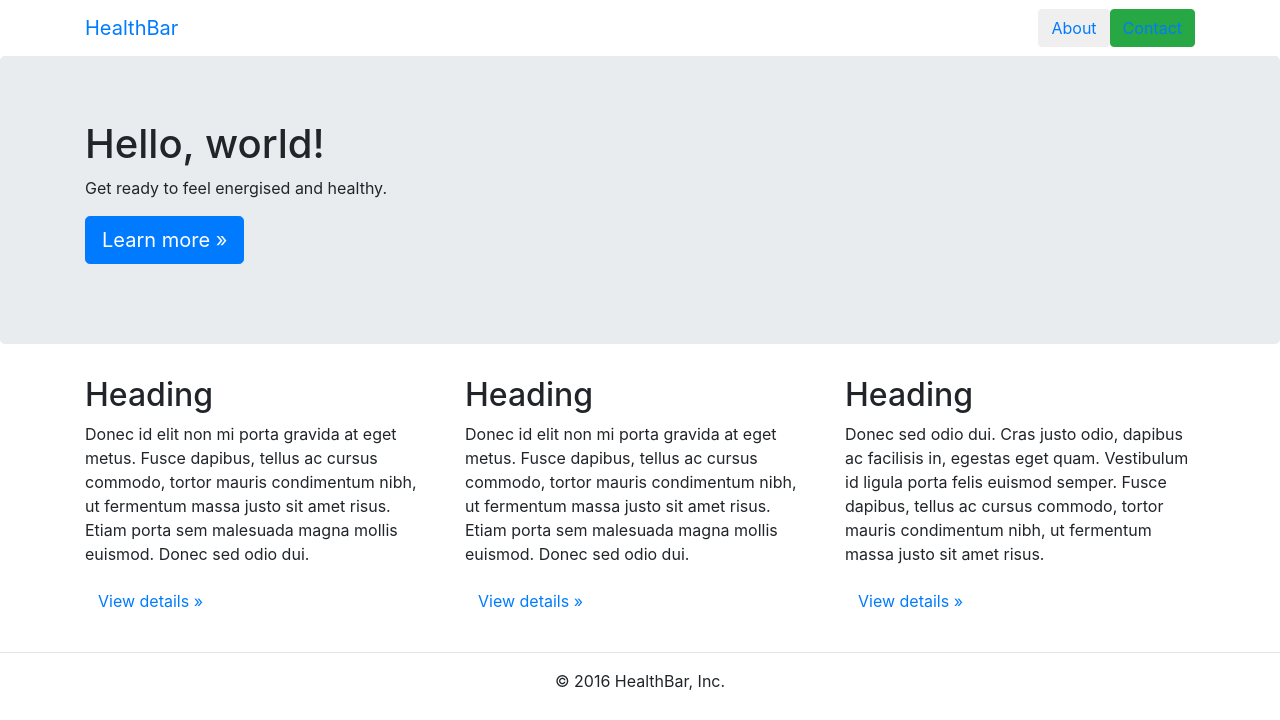
Repository: AdaLover/demoExpressApp
Page: http://localhost/
The author's editor kept a copy of each file at every save. The page is drawn from the files as they stood at one save, then again after the next save.
The browser window is 1280 px wide. The pictures show the whole page.
The page is served by the project's Node server (app.js).

Above is the page before, as saved 2018-01-29 18:30:17.

After the next save:
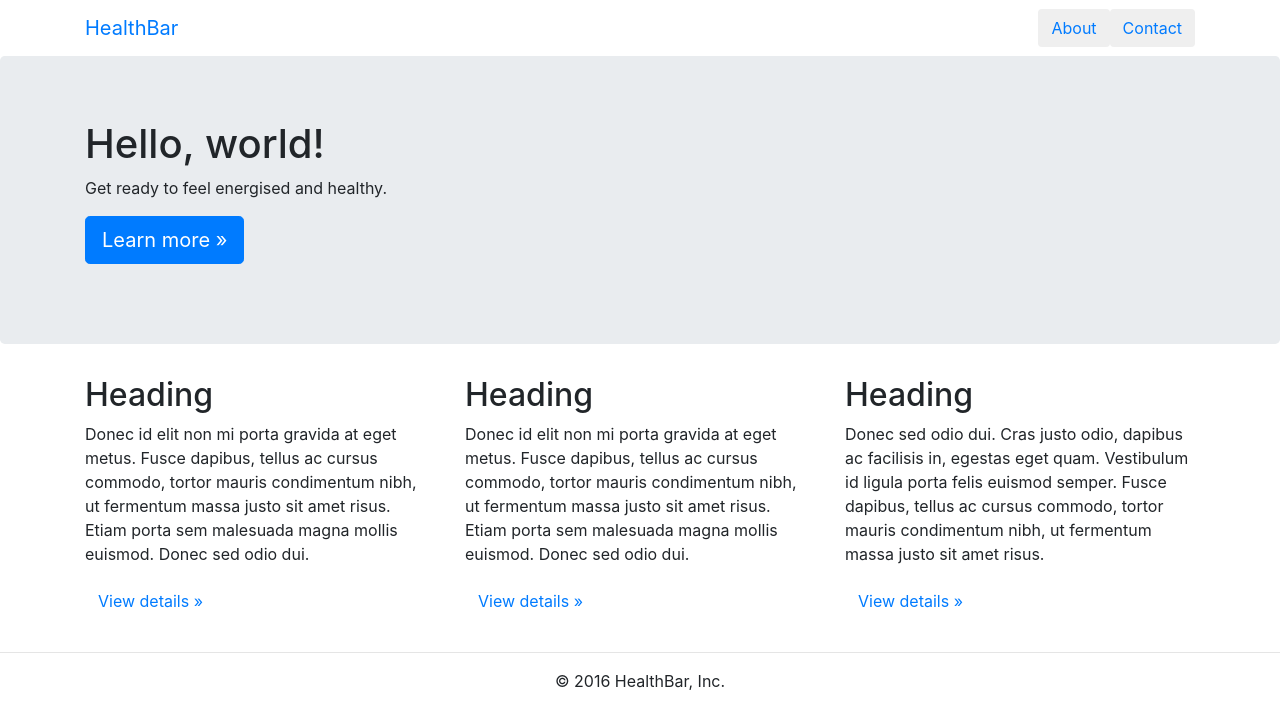
Saved 9 s later.
--- a/views/layout.pug
+++ b/views/layout.pug
@@ -11,7 +11,7 @@ html(lang="en")
         #navbar
             button.btn()
              a(href="about") About
-            button.btn.btn-success()
+            button.btn
              a(href="contact") Contact
     block content
     hr
